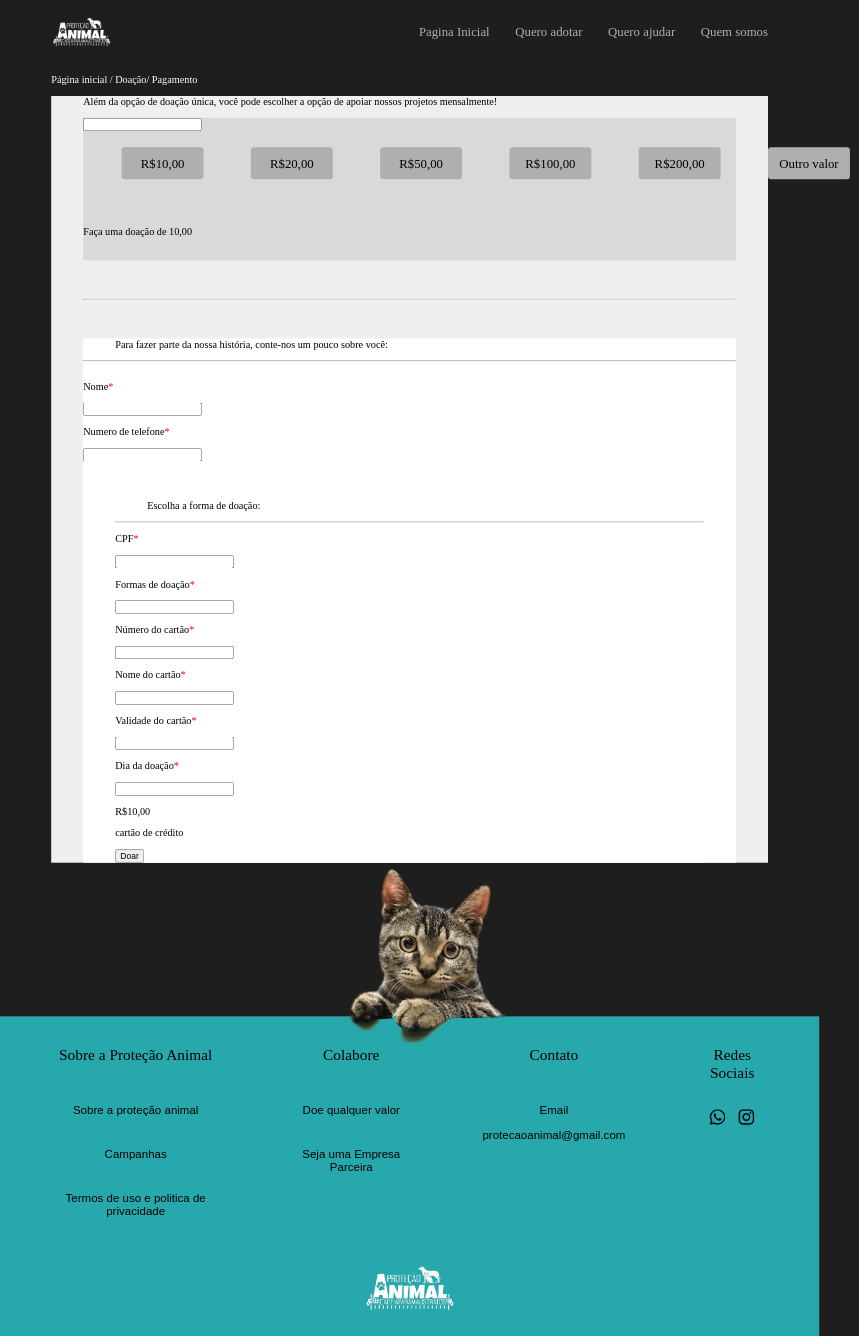
Repository: edjunior-nascimento/protecao-animal-web
Page: src/pages/formulario-doacao/index.html
The author's editor kept a copy of each file at every save. The page is drawn from the files as they stood at one save, then again after a run of saves.
The browser window is 1280 px wide. The page is 1342 px wide, so the pictures cover 1342 px, including what lies to the right of the window. The pictures show the whole page, at 64% of full size.

Above is the page before, as saved 2025-03-07 03:28:01.

### src/pages/formulario-doacao/index.html
<!DOCTYPE html>
<html lang="pt">

<head>
    <meta charset="UTF-8">
    <meta name="viewport" content="width=device-width, initial-scale=1.0">
    <title>Proteção Animal</title>
    <link rel="preconnect" href="https://fonts.googleapis.com" />
    <link rel="preconnect" href="https://fonts.gstatic.com" crossorigin />
    <meta name="viewport" content="width=device-width, initial-scale=1.0" />
    <link rel="stylesheet" href="./style.css" />
    <link>
</head>

<body>
    <header>
        <div><img class="logo" src="/src/pages/images/logo.png" alt="logo Protecao animal" /></div>
        <nav>
            <ul>
                <li>
                    <a href="#">
                        <p>Pagina Inicial</p>
                    </a>
                </li>
                <li>
                    <a href="#">
                        <p>Quero adotar</p>
                    </a>
                </li>
                <li>
                    <a href="#">
                        <p>Quero ajudar</p>
                    </a>
                </li>
                <li>
                    <a href="#">
                        <p>Quem somos</p>
                    </a>
                </li>
            </ul>
        </nav>
    </header>
    <main>
        <div class="title">
            <p>Página inicial / Doação/ Pagamento</p>
        </div>
        <div class="container">
            <div class="sub-title">
                <p>Além da opção de doação única, você pode escolher a opção de apoiar nossos projetos mensalmente!
                </p>
            </div>
            <div class="valor">
                <div class="cota">
                    <input type="text">
                </div>
                <nav class="cota-inicial">
                    <ul>
                        <li>
                            <a href="#">R$10,00</a>
                        </li>
                        <li>
                            <a href="#">R$20,00</a>
                        </li>
                        <li>
                            <a href="#">R$50,00</a>
                        </li>
                        <li>
                            <a href="#">R$100,00</a>
                        </li>
                        <li>
                            <a href="#">R$200,00</a>
                        </li>
                        <li>
                            <a href="#">Outro valor</a>
                        </li>
                    </ul>
                </nav>
                <div class="res"><span>Faça uma doação de 10,00</span>
                </div>
            </div>
            <hr class="pri-line">
            <div class="card">
                <div class="sub-title">
                    <p>Para fazer parte da nossa história, conte-nos um pouco sobre você:</p>
                </div>
                <hr>
                <div class="dados">
                    <form action="/send" method="post" target="_blank">
                        <label>
                            <p>Nome<span class="ast">*</span></p>
                            <input type="text" name="Nome" id="Nome*">
                        </label>
                        <label>
                            <p>Numero de telefone<span class="ast">*</span></p>
                            <input type="text" name="telefone" id="telefone">
                        </label>
                    </form>
                </div>
                <div class="card">
                    <div class="sub-title">
                        <p>Escolha a forma de doação:</p>
                    </div>
                    <hr>
                    <form action="/send" method="post" target="_blank">
                        <label>
                            <p>CPF<span class="ast">*</span></p>
                            <input type="number" name="cpf" id="cpf">
                        </label>
                        <label>
                            <p>Formas de doação<span class="ast">*</span></p>
                            <input type="text" name="forme-doacao" id="forme-doacao"></p>
                        </label>
                        <label>
                            <p>Número do cartão<span class="ast">*</span></p>
                            <input type="number" name="cartao" id="cartao">
                        </label>
                        <label>
                            <p>Nome do cartão<span class="ast">*</span></p>
                            <input type="text" name="nome-cartao" id="nome-cartao">
                        </label>
                        <label>
                            <p>Validade do cartão<span class="ast">*</span></p>
                            <input type="text" name="" id="">
                        </label>
                        <label>
                            <p>Dia da doação<span class="ast">*</span></p>
                            <input type="number" name="data" id="data">
                        </label>
                    </form>
                    <div class="resultado">
                        <div class="retorno">
                            <div class="res/doacao">
                                <p>R$10,00</p>
                            </div>
                            <div class="forma/pagamento">
                                <p>cartão de crédito</p>
                            </div>
                        </div>
                        <button>Doar</button>
                    </div>
                </div>
            </div>
        </div>
    </main>
    <div class="gato"><img src="/src/pages/images/gato.png" alt=""></div>
    <footer>
        <div class="footer-container">
            <div class="footer-primary">
                <div class="footer-section-1">
                    <div>
                        <h4>Sobre a Proteção Animal</h4>
                    </div>
                    <div>
                        <p><a href="">Sobre a proteção animal</a></p>
                    </div>
                    <div>
                        <p><a href="">Campanhas</a></p>
                    </div>
                    <div>
                        <p><a href="">Termos de uso e politica de privacidade</a></p>
                    </div>
                </div>
                <div class="footer-section-2">
                    <div>
                        <h4>Colabore</h4>
                    </div>
                    <div>
                        <p><a href="">Doe qualquer valor</a></p>
                    </div>
                    <div>
                        <p><a href="">Seja uma Empresa Parceira</a></p>
                    </div>
                </div>
                <div class="footer-section-3">
                    <div>
                        <h4>Contato</h4>
                    </div>
                    <div>
                        <p>Email</p>
                        <p><a href="mailto:protecaoanimal@gmail.com">protecaoanimal@gmail.com</a></p>
                    </div>
                </div>
                <div class="footer-section-4">
                    <div>
                        <h4>Redes Sociais</h4>
                    </div>
                    <div class="social-icons">
                        <div>
                            <a href=""><img src="/src/pages/images/whatsAppIcon.png" alt="" /></a>
                        </div>
                        <div>
                            <a href=""><img src="/src/pages/images/instagramIcon.png" alt="" /></a>
                        </div>
                    </div>
                </div>
            </div>
        </div>
        <div class="footer-secondary">
            <img src="/src/pages/images/logo.png" alt="" />
        </div>
    </footer>
</body>

</html>

### src/pages/formulario-doacao/style.css
:root {
    --main-bg-color: #1e1e1e;
    --title-color: #27a8ad;
    --subtitle-color: #ffffff;
    --box-color: #ffffff;
    --link-nav-color: #ffffff;
    --card-title-color: #27a8ad;
    --footer-background: #27a8ad;
    --footer-font-color: #000000;
    --maim-color: #EFEFEF;
    --card-nav-color:#D9D9D9;
    --nav-valor:#B0AFAF;
    --asterisco-color: red;
  }
  body {
    height: max-content;
    font-family: "Jockey One", serif;
    font-style: normal;
    margin: 0px;
    padding: 0px;
    background-color: var(--main-bg-color);
  }

  a {
    text-decoration: none;
  }

  header {
    height: 100px;
    display: flex;
    flex-direction: row;
    justify-content: space-between;
    padding-inline: 80px
  }
  header div {
    display: flex;
    align-items: center;
  }
  .logo {
    height: 95px;
    width: auto;
  }
  nav {
    width: auto;
    height: 100px;
    display: flex;
    align-items: center;
  }
  nav ul {
    list-style-type: none;
    display: flex;
    gap: 40px;
  }
  nav ul li a {
    color: var(--nav-valor);
    font-size: 20px;
    background-color: var(--card-nav-color);
  }


main {
  background-color:var(--main-bg-color) ;
  padding-left: 80px;
  padding-right: 80px;
}
  .sub-title {
    margin-left: 50px;
  }
.cota-inicial a {
  color: var(--footer-font-color);
  width: 128px;
  height: 50px;
  display: inline-block;
  text-align: center;
  line-height: 50px;
  background-color: var(--nav-valor);
  margin-left: 20px;
  border-radius: 5px;
}
.cota-inicial li {
  height: 50px;
  width: 162px;
}
.cota-inicial li :hover {
  background-color: var(--footer-background);
  color: var(--box-color);
}
.res {
  margin-top: 48px;
  padding-bottom: 36px;
}
  .pri-line {
    margin-top: 60px;
    margin-left: 50px;
    margin-right: 50px;
  }
  .card {
    margin-top: 60px;
    margin-left: 50px;
    margin-right: 50px;
  }
  .ast {
    color: var(--asterisco-color);
  }
.container {
  background-color: var(--maim-color);
}
.title {
  color: var(--subtitle-color);
}
.valor {
  margin-left: 50px;
  margin-right: 50px;
  background-color: var(--card-nav-color);
}
.valor nav {
  width: 100%;
}
.card {
  background-color: var(--box-color);
}
.dados {
  margin-top: 30px;
}



  .gato {
    margin-left: 42%;
    margin-bottom: -25px;
    height: 265px;
    max-width: auto;}

  footer {
    height: 500px;
    max-height: auto;
    background-color: var(--footer-background);
    padding-inline: 80px;
  }

  .footer-container {
      width: auto;
      height: 70%;
      display: flex;
      align-items: center;
      justify-content: center;
  }

  .footer-primary {
    display: flex;
    flex-direction: row;
    gap: 111px;
    align-items: flex-start;
    justify-content: center;
  }

  .footer-primary p a {
      color: var(--footer-font-color);
      font-family: "Arial", sans-serif;
  }

  .footer-primary h4 {
    font-size: 24px;
    font-weight: 400;
  }

  .footer-primary p {
      font-size: 18px;
      font-weight: 400;
      font-family: "Arial", sans-serif;
  }

  .footer-secondary {
    width: auto;
    height: 30%;
    display: flex;
    align-items: center;
    justify-content: center;
  }

  .footer-secondary img {
      height: 145px;
      width: auto
  }

  .footer-section-1, .footer-section-2, .footer-section-3, .footer-section-4 {
      display: flex;
      flex-direction: column;
      text-align: center;
      gap: 12px;
  }

  .footer-section-4 {
      align-items: center;
  }

  .social-icons {
      display: flex;
      flex-direction: row;
      gap: 20px;
  }

After the next 2 saves:
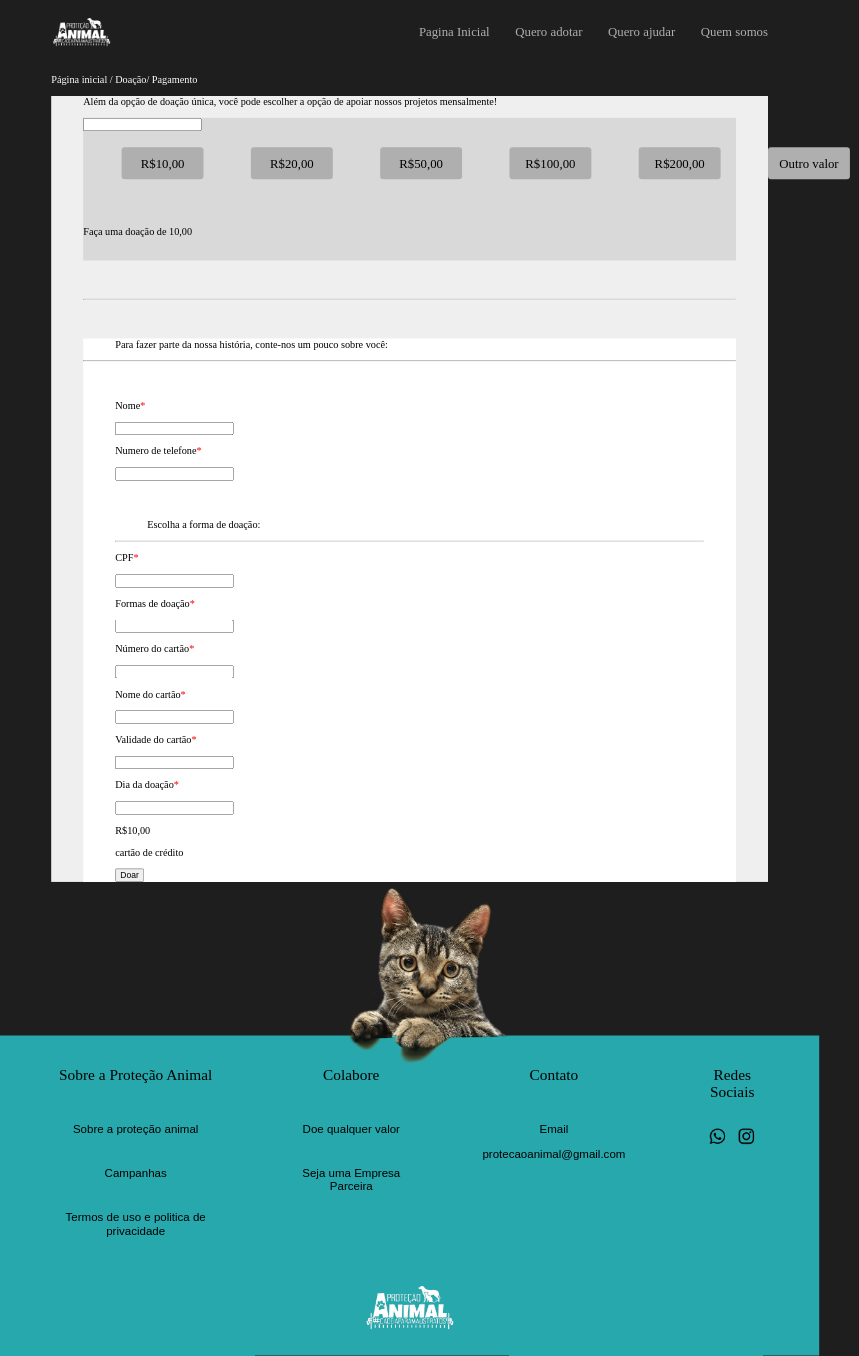
The 2 saves are shown as one change because they came seconds apart.
The last was saved 33 s later.
--- a/src/pages/formulario-doacao/index.html
+++ b/src/pages/formulario-doacao/index.html
@@ -84,7 +84,7 @@
                     <p>Para fazer parte da nossa história, conte-nos um pouco sobre você:</p>
                 </div>
                 <hr>
-                <div class="dados">
+                <div class="card">
                     <form action="/send" method="post" target="_blank">
                         <label>
                             <p>Nome<span class="ast">*</span></p>
